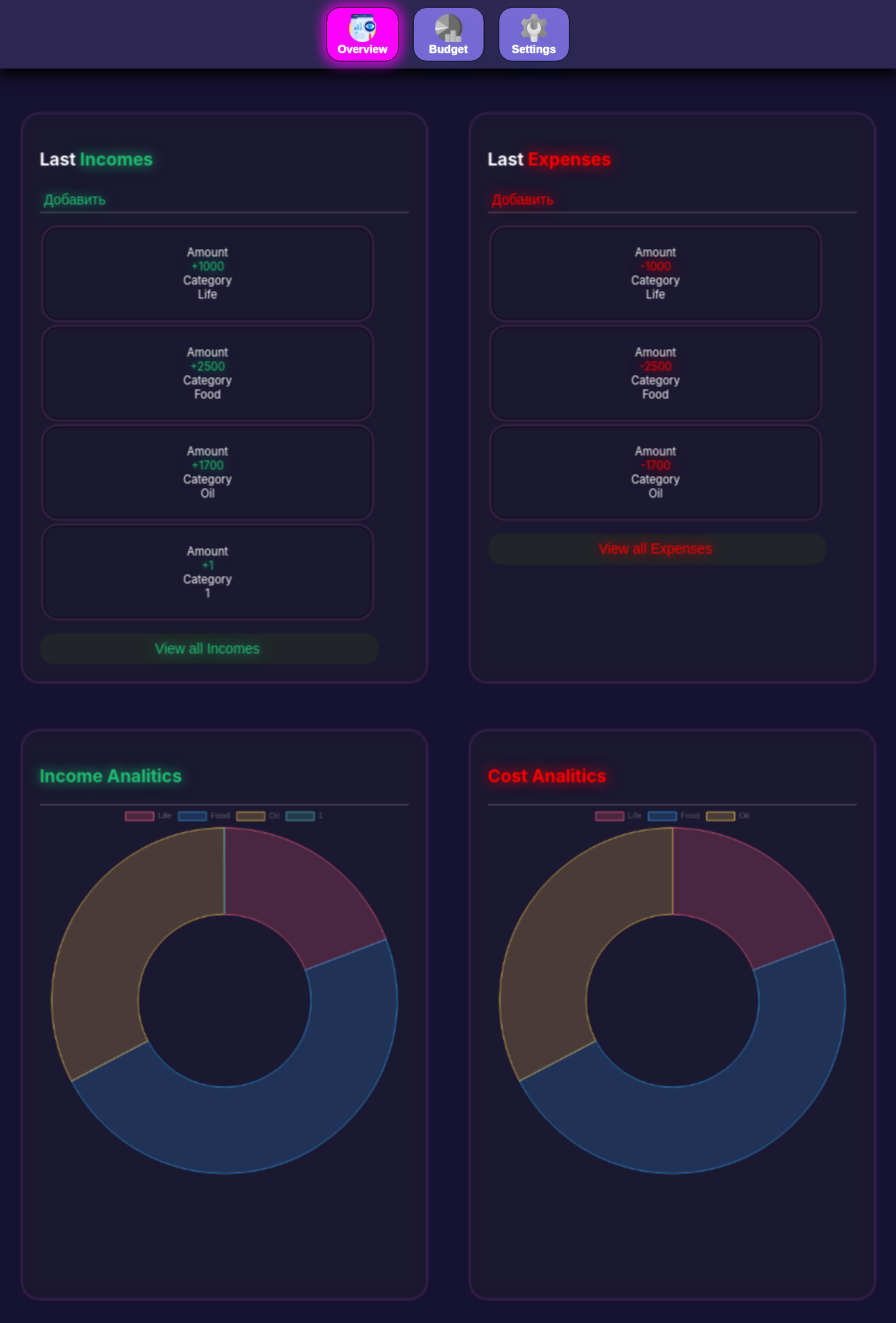
Repository: Minkeani/Money-Manager
Page: /Overview
An editor plug-in stored every save of this project. The page is shown before and after the next save, followed by the edit.
The browser window is 1280 px wide. The pictures show the whole page, at 70% of full size.
The project was rebuilt for these pictures with package versions that can differ from the ones it lists, and the page was loaded fresh each time. Also part of the build but not shown: src/components/Budget/Budget.module.css, src/components/Budget/Budget.jsx, src/components/Add/Add.module.css, src/components/Add/Add.jsx, src/components/Settings/Settings.jsx, src/components/NotFound/NotFound.module.css, src/components/NotFound/NotFound.jsx.

Above is the page before, as saved 2022-07-20 21:31:08.

### src/index.js
import React from 'react';
import ReactDOM from 'react-dom/client';
import './styles/index.css'
import App from './App';

const root = ReactDOM.createRoot(document.getElementById('root'));
root.render(
    <App />
);

### src/styles/index.css
:root {
  --color-theme: #161231;
	--color-white: #fff;
	--color-black: #000;
	--color-dark-gray: #10100e;
	--color-yellow: #ffff00;
	--color-blue: #6884fb;
	--color-red: #f75d83;
	--font-bold: 600;
	--color-violet: #ae72c2;
	--text-shadow-yellow:
		0 0 2px var(--color-white),
		0 0 40px var(--color-blue);

	--spacing-medium: 20px;

	--spacing-small: 10px;

	--spacing-ultra-small: 5px;

	--spacing-large: 30px;

	--font-family-main: sans-serif;

	--border-radius-small: 3px;

	--border-radius-medium: 5px;

	--margin-list: 7px;

	--font-size-main: 16px;

	--font-size-header: 26px;

	--font-size-subheader: 18px;

	/* Theme */
	--theme-light-header: #dfe2df;

	--theme-dark-header: #ca6ca6;

	--theme-neitral-header: #cccc46;

	--theme-default-header: var(--theme-neitral-header);

	--transition: .4s;

	--theme-light-bg-img: linear-gradient(to top, #b7b7b7, #a396b0, #9a72a0, #984986, #960062);

	--theme-dark-bg-img:  linear-gradient(to top, #6a2b60, #532143, #3b192b, #221118, #000000);

	--width-max: 1200px

}
body {
  margin: 0;
	padding: 0;
	background-color: var(--color-theme);
  font-family: -apple-system, BlinkMacSystemFont, 'Segoe UI', 'Roboto', 'Oxygen',
    'Ubuntu', 'Cantarell', 'Fira Sans', 'Droid Sans', 'Helvetica Neue',
    sans-serif;
  -webkit-font-smoothing: antialiased;
  -moz-osx-font-smoothing: grayscale;
}

code {
  font-family: source-code-pro, Menlo, Monaco, Consolas, 'Courier New',
    monospace;
}

### src/App.js
import styles from './App.module.css';
import Header from './components/Header/Header';
import RoutesConfig from './routes/RoutesConfig';
import { Routes, Route, BrowserRouter, Router } from 'react-router-dom';

function App() {
  return (
    <div className={styles.App}>
      <BrowserRouter>
        <div className={styles.wrapper}>
          <Header/>
            <Routes>
              {RoutesConfig.map((route, index) => (
                <Route
                  key={index}
                  exact={route.exact}
                  element={<route.element/>}
                  path={route.path}
                />
              ))}
            </Routes>
        </div>
      </BrowserRouter>
    </div>
  );
}

export default App;

### src/App.module.css
.App {
  text-align: center;
  display: flex;
  justify-content: center;
  align-items: center;
  margin: 0 auto;
}

.App-logo {
  height: 40vmin;
  pointer-events: none;
}

.wrapper {
  width: 100%;
}

@media (prefers-reduced-motion: no-preference) {
  .App-logo {
    animation: App-logo-spin infinite 20s linear;
  }
}

.App-header {
  background-color: #282c34;
  min-height: 100vh;
  display: flex;
  flex-direction: column;
  align-items: center;
  justify-content: center;
  font-size: calc(10px + 2vmin);
  color: white;
}

.App-link {
  color: #61dafb;
}

@keyframes App-logo-spin {
  from {
    transform: rotate(0deg);
  }
  to {
    transform: rotate(360deg);
  }
}

### src/components/Header/Header.jsx
import React, {useState} from 'react'
import styles from './Header.module.scss'
import { Link } from 'react-router-dom';
import Budget from '../../icons/budget.svg'
import overview from '../../icons/Overview.svg'
import settings from '../../icons/settings.svg'
import { motion } from "framer-motion";


export default function Header() {
  const [active, setActive] = useState(1)

  const HeaderAnimation = {
    hidden: {
      y: 100,
      opacity: 0
    },
    visible: custom => ({
      y: 0,
      opacity: 1,
      transition: {delay: custom * 0.2}
    })
  };


  return (
    <motion.div
      initial="hidden"
      whileInView="visible"
      viewport={{ amount: 0.3, once: true }}
      variants={HeaderAnimation}
      className={styles.container}>
    <ul className={styles.list__container}>
        <li
          onClick={() => setActive(1)}
          className={active === 1 ? styles.active : ''}
        >
            <Link to='/Overview' exact='true' >
                 <img src={overview} alt="" />
                Overview</Link>
        </li>
        <li
          onClick={() => setActive(2)}
          className={active === 2 ? styles.active : ''}
          >
            <Link to='/Budget' exact='true' >
               <img src={Budget} alt="" />
              Budget</Link></li>
        <li
           onClick={() => setActive(3)}
           className={active === 3 ? styles.active : ''}
          >
            <Link to="/Settings" exact='true'>
              <img src={settings} alt="" />
              Settings</Link></li>
    </ul>

    </motion.div>
  )
}

### src/routes/RoutesConfig.js
import Budget from "../components/Budget/Budget"
import Overview from "../components/Overview/Overview"
import Settings from "../components/Settings/Settings"
import NotFound from "../components/NotFound/NotFound"

const RoutesConfig = [
    {
        path: '/Budget',
        exact: true,
        element: Budget
    },
    {
        path: '/Overview',
        exact: true,
        element: Overview
    },
    {
        path: '/Settings',
        exact: true,
        element: Settings
    }, {
        path: '/NotFound',
        exact: true,
        element: NotFound
    },

]

export default RoutesConfig

### src/components/Header/Header.module.scss
.container {
    display: flex;
    align-items: center;
    justify-content: center;
    margin-bottom: var(--spacing-large);
    background-color: #2d2751;
    width: 100%;
    box-shadow: 0px 7px 20px 2px ;
}
.list__container {
    display: flex;
    flex-wrap: wrap;
    margin: 0;
    padding: 0;
    list-style-type: none;
}

.list__container li {
    background-color: #7869d3;
    flex-direction: column;
    border: 1px solid black;
    margin: 10px;
    border-radius: 20px;
    cursor: pointer
}

.list__container li:hover {
    background-color: #dd6edb;

}



.list__container a {
    display: flex;
    align-items: center;
    flex-direction: column;
    margin: 0 10px;
    padding: 5px 3px;
    min-width: 70px;
    border: 2px solid transparent;
    border-radius: var(--border-radius-small);
    color: var(--color-white);
    text-align: center;
    font-family: var(--font-family-main);
    text-decoration: none;
    font-weight: var(--font-bold);
    text-shadow: var(--text-shadow-yellow);
    transition: var(--transition);
}

.list__container .active {
    background-color: #ff00fa;
    box-shadow: 0 0 20px 3px #ff00fa;
     img {
        filter: grayscale(0);
    }

}



.list__container img {
    height: 2.5rem;
    margin: 0.1375rem;
    width: 2.5rem;
    filter: grayscale(1);
}
.list__container :global(a.active) {
    border: 2px solid var(--color-violet);
    color: var(--color-violet);
    text-shadow: none;
}

.logo {
    width: 60px;
    height: 60px;
    margin-right: var(--spacing-large);
    object-fit: cover;
    object-position: center center;
}

@media (max-width: 365px) {
    .list__container a {
        min-width: 65px;
    }
  }

### src/components/Overview/Overview.jsx
import React, {useState} from 'react'
import OverviewBlock from '../OverviewBlocks/OverviewBlock/OverviewBlock'
import styles from './Overview.module.css'
import Charts from '../OverviewBlocks/OverviewCharts/Charts'

export default function Overview() {

const [data, setData] = useState([ {
  labels: ['Life', 'Food', 'Oil'],
  type: 'Incomes',
  Analitic: 'Income',
  sign: '+',
  classes: 'money',
  datasets: [
    {
      label: '# of Votes',
      data: [1000, 2500, 1700],
      backgroundColor: [
        'rgba(255, 99, 132, 0.2)',
        'rgba(54, 162, 235, 0.2)',
        'rgba(255, 206, 86, 0.2)',
        'rgba(75, 192, 192, 0.2)',
        'rgba(153, 102, 255, 0.2)',
        'rgba(255, 159, 64, 0.2)',
      ],
      borderColor: [
        'rgba(255, 99, 132, 1)',
        'rgba(54, 162, 235, 1)',
        'rgba(255, 206, 86, 1)',
        'rgba(75, 192, 192, 1)',
        'rgba(153, 102, 255, 1)',
        'rgba(255, 159, 64, 1)',
      ],
      borderWidth: 1,
    },
  ],
},
{
  labels: ['Life', 'Food', 'Oil'],
  type: 'Expenses',
  Analitic: 'Сost',
  sign: '-',
  classes: 'Remoney',
  datasets: [
    {
      label: '# of Votes',
      data: [1000, 2500, 1700],
      backgroundColor: [
        'rgba(255, 99, 132, 0.2)',
        'rgba(54, 162, 235, 0.2)',
        'rgba(255, 206, 86, 0.2)',
        'rgba(75, 192, 192, 0.2)',
        'rgba(153, 102, 255, 0.2)',
        'rgba(255, 159, 64, 0.2)',
      ],
      borderColor: [
        'rgba(255, 99, 132, 1)',
        'rgba(54, 162, 235, 1)',
        'rgba(255, 206, 86, 1)',
        'rgba(75, 192, 192, 1)',
        'rgba(153, 102, 255, 1)',
        'rgba(255, 159, 64, 1)',
      ],
      borderWidth: 1,
    },
  ],
}
])
data[0].labels.push('1')
data[0].datasets[0].data.push('1')
console.log(data[0].labels);


  return (
    <div className={styles.container}>
      <OverviewBlock data={data}/>
      <Charts data={data}/>
    </div>
  )
}

### src/components/OverviewBlocks/OverviewBlock/OverviewBlock.jsx
import React, {useState} from 'react';
import styles from './Overview.module.css'
import Modal from '../../Modal/Modal';

const OverviewBlock = ({data}) => {

    const [modalActive, setModalActive] = useState(false);
    const [type, setType] = useState('');

    function typeOfModal(type) {
        setModalActive(true)
        setType(type)
    }


    return (
        <>
            {data.map(({type, sign, classes, datasets, labels}) => (
                    <div className={styles.container}>
                            <h3 className={styles.title}>Last <span className={classes === 'money' ? styles.money : styles.Remoney}>{type}</span></h3>
                            <button
                                 onClick={() => typeOfModal('Add')}
                                 className={classes === 'money' ? styles.money : styles.Remoney}>
                                    Добавить
                            </button>

                        <div className={styles.dilivar}></div>
                            <ul className={styles.list}>
                                    {datasets.map(({data}) => (
                                        data.map((money) => (
                                        <li><div className={styles.listCont}> Amount<span className={classes === 'money' ? styles.money : styles.Remoney}>{sign}{money}</span> Category <span>{labels[data.indexOf(money)]}</span></div></li>
                                        ))
                                    ))}
                            </ul>
                            <div className={styles.All}>
                                <button
                                    onClick={() => typeOfModal('View')}
                                    className={classes === 'money' ? styles.money : styles.Remoney}>View all {type}
                                </button>
                            </div>
                        </div>
            )
            )}
            <Modal active={modalActive} data={data} setActive={setModalActive} type={type}>
                children={"1"}
            </Modal>

        </>
    );
}

export default OverviewBlock;

### src/components/Overview/Overview.module.css
.container {
    display: grid;
    grid-template-columns: 1fr 1fr;
    grid-template-rows: 1fr 1fr;
    padding: 10px;
    gap: 20px 20px;
    justify-items: center;
}

@media (max-width: 900px) {
    .container  {
        grid-template-columns: 1fr;
        grid-template-rows: 1fr 1fr;
    }
  }

### src/components/OverviewBlocks/OverviewCharts/Charts.jsx
import React, {useEffect} from 'react'
import styles from '../OverviewBlock/Overview.module.css'
import { Chart as ChartJS, ArcElement, Tooltip, Legend } from 'chart.js';
import { Doughnut } from 'react-chartjs-2';

ChartJS.register(ArcElement, Tooltip, Legend);


export default function Charts({data}) {


  return (
    <>
        {data.map( (item) => (
            <div className={styles.container}>
                <h3 className={styles.title}><span className={item.classes === 'money' ? styles.money : styles.Remoney}>{item.Analitic} Analitics</span></h3>
                <div className={styles.dilivar}></div>
                <Doughnut data={item} />
            </div>
        ))}

    </>
  )
}

### src/components/OverviewBlocks/OverviewBlock/Overview.module.css
.container {
    display: flex;
    flex-direction: column;
    align-items: start;
    overflow-y: auto;
    border-radius: 1.5625rem;
    width: 85%;
    padding: 25px;
    margin: 25px;
    background: rgba(50, 50, 50, 0.2);
    backdrop-filter: blur(10px);
    box-shadow: 0 0 5px 0px #8e4a8e;
    color: white;
}

.container button {
    font-size: 1.25rem;
    background: transparent;
    border: none;
    margin: 5px 5px 5px 0px;
    cursor: pointer;
    transition: 0.3s;
}

.container button:hover {
    text-shadow: 0 0 20px  #ff00fa;
    color: #ff00fa
}

.title {
    color: #fff;
    font-size: 1.5625rem;
}

.dilivar {
    background-color: #707175;
    height: 1px;
    width: 100%;
}

.money {
    color: #21bf73;
    text-shadow: 0 0 20px #21bf73;
}

.Remoney {
    color: red;
    text-shadow: 0 0 20px red;
}

.list {
    list-style-type: none;
    padding: 0;
    width: 90%;

}

.list li{
    padding: 5px;
}

.listCont {
    padding: 25px;
    display: flex;
    flex-direction: column;
    border: 1px solid black;
    box-shadow: 0 0 5px 0px #8e4a8e;
    width: 90%;
    border-radius: 20px
}

.All {
    padding: 5px;
    background: #212529;
    display: flex;
    align-items: center;
    justify-content: center;
    width: 90%;
    font-size: 25px;
    border-radius: 20px

}

.All:hover {
    text-shadow: 0 0 20px  #ff00fa;
    color: #ff00fa;
}

### src/components/Modal/Modal.jsx
import React from 'react'
import  './Modal.css'
import Add from '../Add/Add';
import View from '../View/View';

const Modal = function ({data, active, setActive, children, type}) {
    return (
      <div
        className={active ? "modal active" : "modal"}
        onClick={() => setActive(false)}
      >
        <div
          className="modal__content"
          onClick={(e) => e.stopPropagation()}
        >
        {type === 'Add'
             ?  <Add data={data} setActive={setActive}/>
             : <View/>
        }


        </div>
      </div>
    );
  };

  export default Modal;

### src/components/Modal/Modal.css
.modal {
    height: 100vh;
    width: 100vw;
    background-color: rgba(0, 0, 0, 0.5);
    position: fixed;
    top: 0;
    left: 0;
    display: flex;
    align-items: center;
    justify-content: center;
    opacity: 0;
    pointer-events: none;
    transition: 0.5s;
    z-index: 1000;
  }

  .modal.active {
    opacity: 1;
    pointer-events: all;
    /* transform: scale(1); */
  }

  .modal__content {
    display: flex;
    flex-direction: column;
    align-items: center;
    padding: 25px;
    margin: 25px;
    background-color: rgba(50, 50, 50, 0.2);
    -webkit-backdrop-filter: blur(10px);
    backdrop-filter: blur(10px);
    padding: 20px;
    box-shadow: 0 0 5px 0px #8e4a8e;
    border-radius: 12px;
    width: 400px;
    height: 400px;
    transform: scale(0.5);
    transition: 0.4s all;
  }

  .modal__content.active {
    transform: scale(1);
  }

### src/components/View/View.jsx
import React from 'react'
import './View.css'

export default function View() {
  return (
    <div>

    </div>
  )
}

Loaded but not shown: public/index.html (common file); src/components/View/View.css (no stored copy; drawn as an empty file)

After the next save:
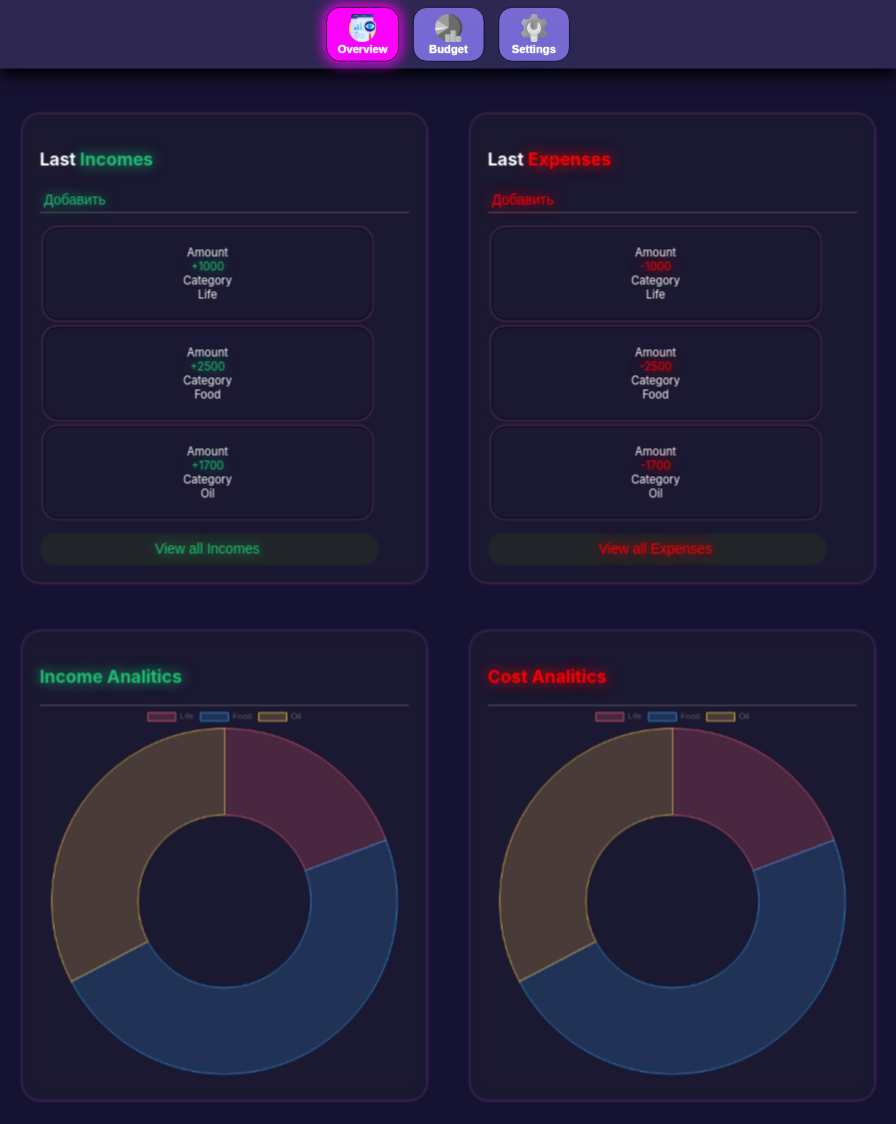
Saved 21 s later.
--- a/src/components/Overview/Overview.jsx
+++ b/src/components/Overview/Overview.jsx
@@ -66,9 +66,6 @@ const [data, setData] = useState([ {
   ],
 }
 ])
-data[0].labels.push('1')
-data[0].datasets[0].data.push('1')
-console.log(data[0].labels);
 
 
   return (
